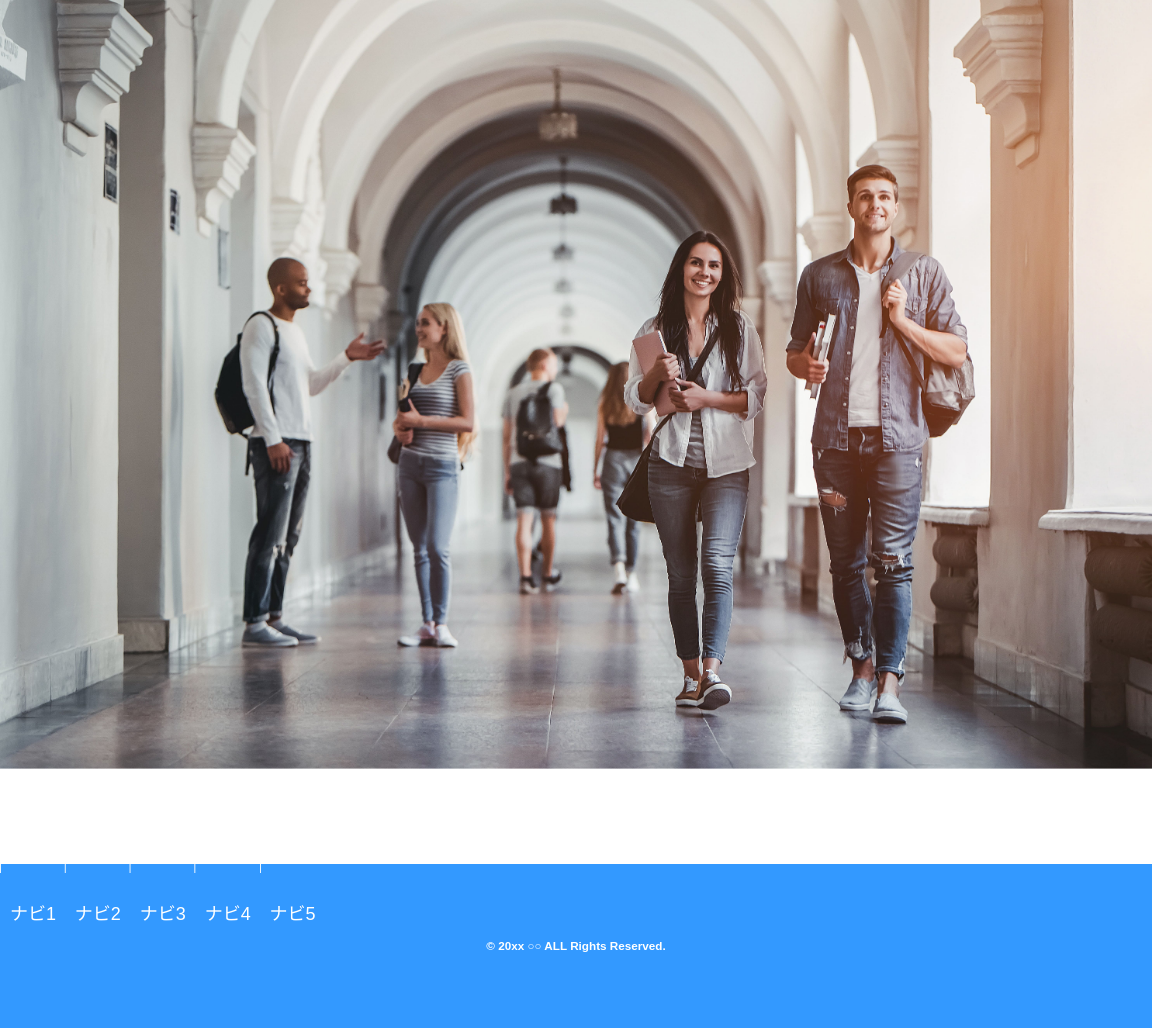
Repository: IzIzKen/samurai_HTML-CSS
Page: HTML CSSを学びWebプログラミングの第一歩を踏み出そう/9章 ナビゲーションの実装/home.html
The author's editor kept a record of every edit. The page is drawn from the files as they stood at one moment, then again after the next edit.
The browser window is 1280 px wide. The pictures show the whole page, at 90% of full size.

Above is the page before.

After the next edit:
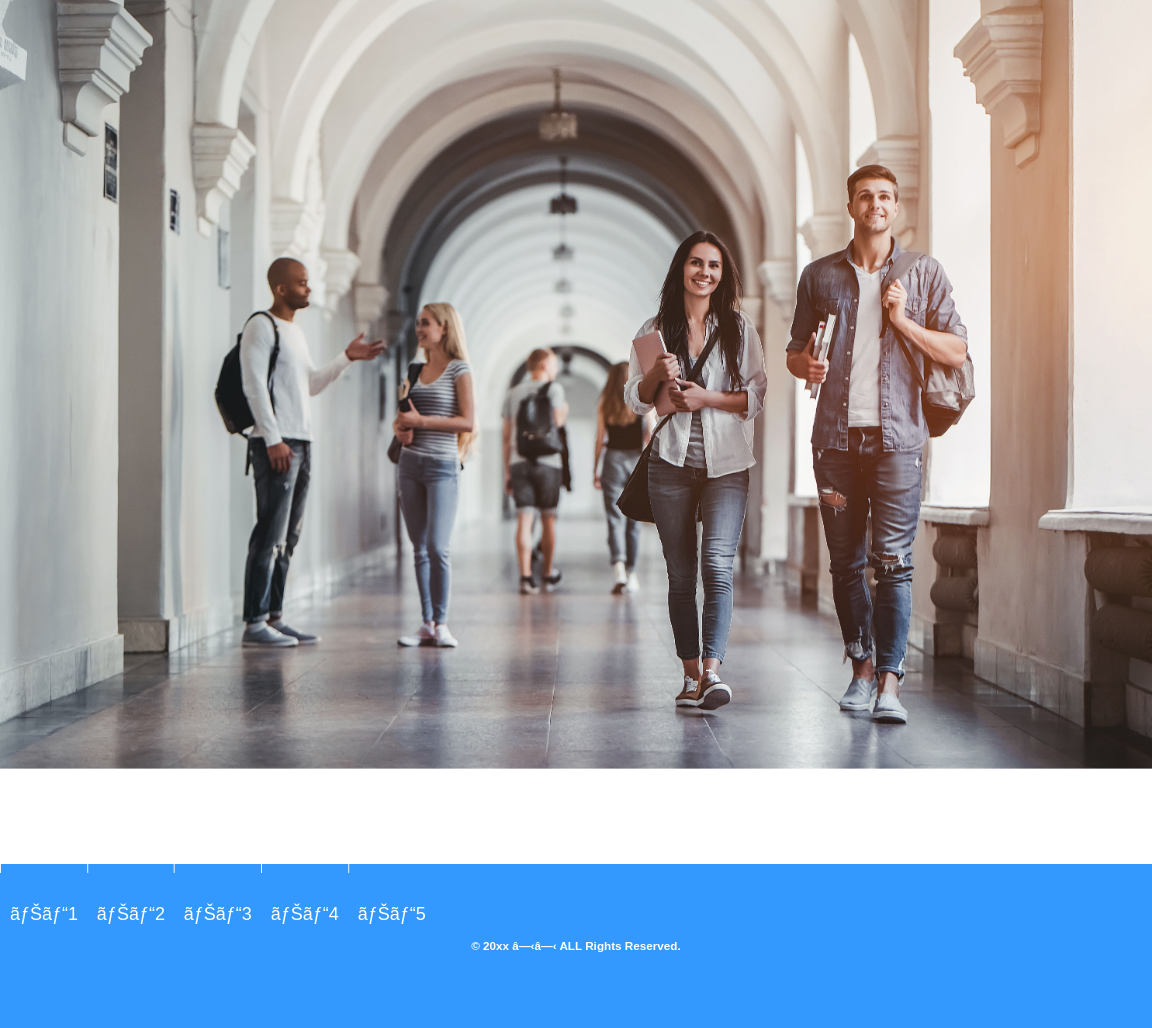
The edit:
--- a/HTML CSSを学びWebプログラミングの第一歩を踏み出そう/9章 ナビゲーションの実装/home.html
+++ b/HTML CSSを学びWebプログラミングの第一歩を踏み出そう/9章 ナビゲーションの実装/home.html
@@ -1,6 +1,5 @@
 <!DOCTYPE html>
-<html lang="jp">
-<head>
+<html lang="ja"
     <meta charset="UTF-8">
     <title>HTML/CSSの学習</title>
     <link rel="stylesheet" href="stylesheet.css">
